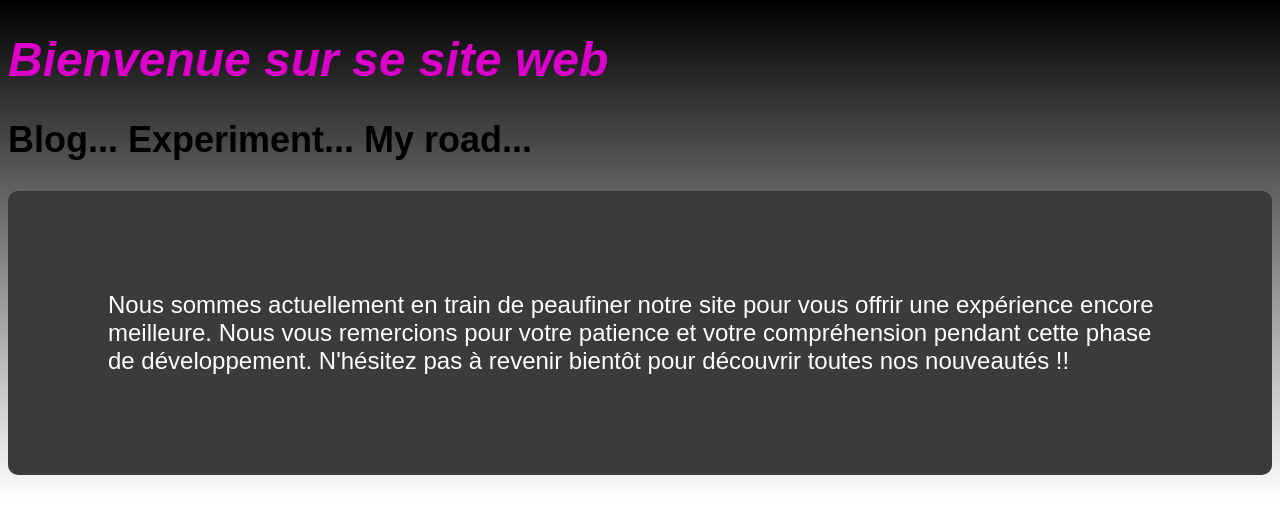
Repository: ValetteEvan/PersonalWebApp
Page: index.html
An editor plug-in stored every save of this project. The page is shown before and after the next save, followed by the edit.
The browser window is 1280 px wide. The pictures show the whole page.

Above is the page before, as saved 2025-01-07 18:07:59.

After the next save:
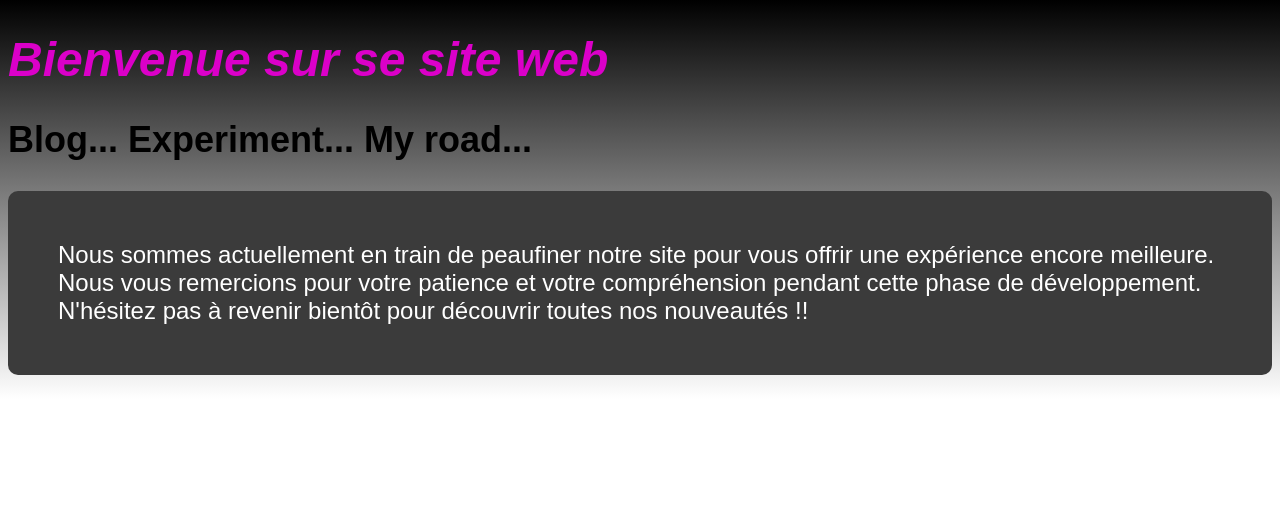
Saved 9 s later.
--- a/style.css
+++ b/style.css
@@ -24,6 +24,6 @@ h1 {
 
     background-color: rgb(59, 59, 59);
     color: #ffffff;
-    padding: 100px;
+    padding: 50px;
     border-radius: 10px;
 }
